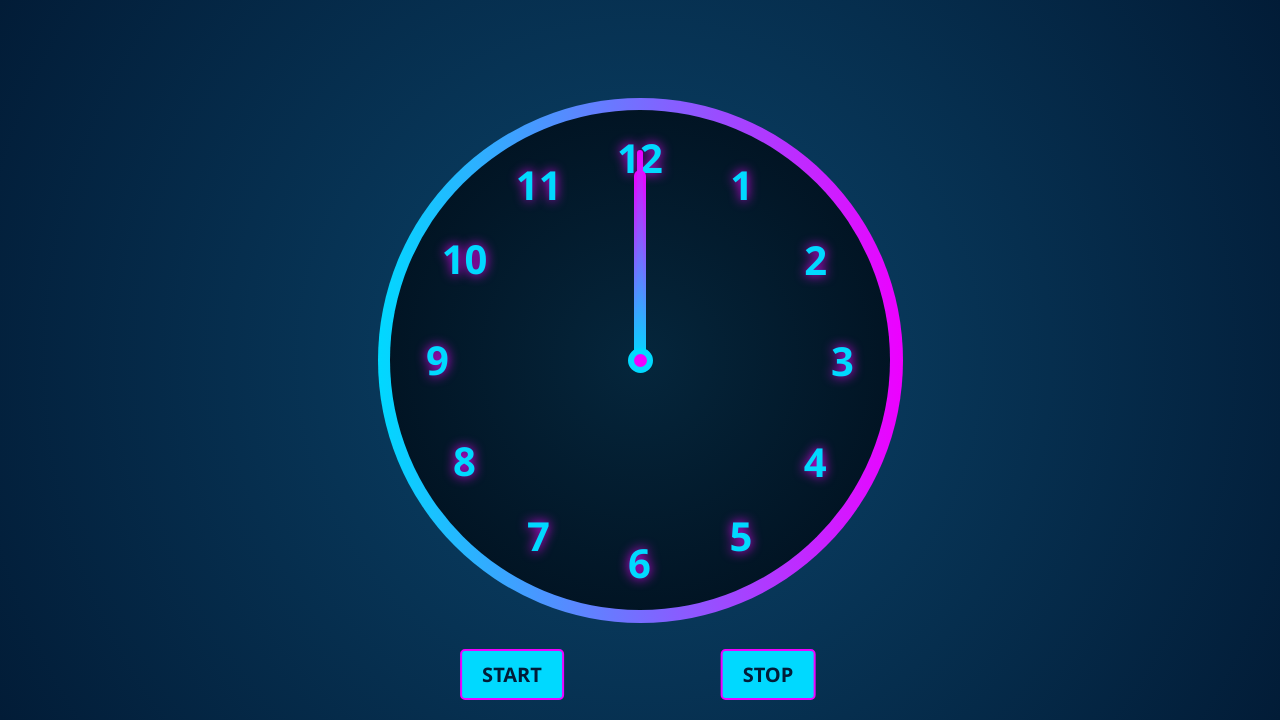
Repository: Suryansh-D/Cool-Clock
Page: index.html
An editor plug-in stored every save of this project. The page is shown before and after the next save, followed by the edit.
The browser window is 1280 px wide. The pictures show the whole page.

Above is the page before, as saved 2024-01-30 17:02:53.
Console error: SyntaxError: Unexpected end of input

After the next save:
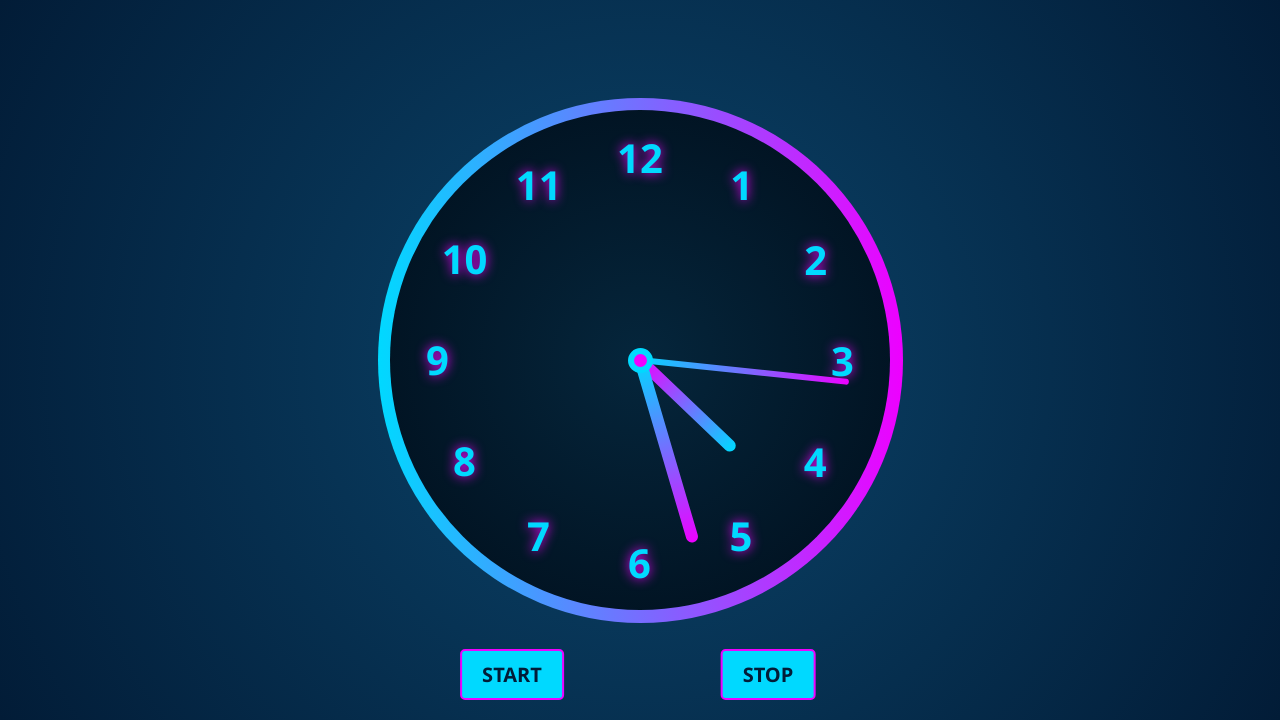
The error is gone.
Saved 6 s later.
--- a/script.js
+++ b/script.js
@@ -1,5 +1,5 @@
 
-let startClock = function(){
+
 const secondHand = document.getElementById('second-hand');
 const minsHand = document.getElementById('minute-hand');
 const hourHand = document.getElementById('hour-hand');
